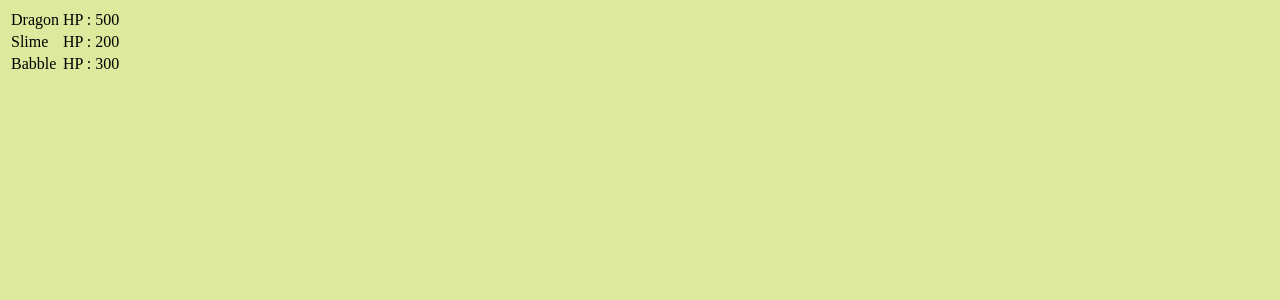
Repository: minoto9/vue_tutorial
Page: sampler/index.html
These files come from the project's save history. The page is drawn as it stood at one moment and after the next save; the edit follows.
The browser window is 1280 px wide. The pictures show the whole page.

Above is the page before, as saved 2019-07-10 20:47:35.

### sampler/index.html
<!DOCTYPE html>
<html lang="ja">
<head>
    <meta charset="UTF-8">
    <meta name="viewport" content="width=device-width, initial-scale=1.0">
    <meta http-equiv="X-UA-Compatible" content="ie=edge">
    <link rel="stylesheet" href="style.css">
    <script src="https://cdn.jsdelivr.net/npm/vue@2.6.10/dist/vue.js"></script>
    <title>Document</title>
</head>
<body>
    <div id="app">
        <table>
            <tr v-for="item in list" v-bind:key="item.id">
                <td class="monsterName">{{ item.name }}</td>
                <td>HP : {{ item.hp }}</td>
            </tr>
        </table>
    </div>
    <script src="./main.js"></script>
</body>
</html>

### sampler/style.css
html {
    background-color: rgba(177, 204, 22, 0.425)
}

li {
    list-style: none;
}

### sampler/main.js
new Vue({
    el: '#app',
    data: {
        list: [
            {id: 1, name: "Dragon", hp: 500},
            {id: 2, name: "Slime", hp: 200},
            {id: 3, name: "Babble", hp: 300}
        ]
    }
})

After the next save:
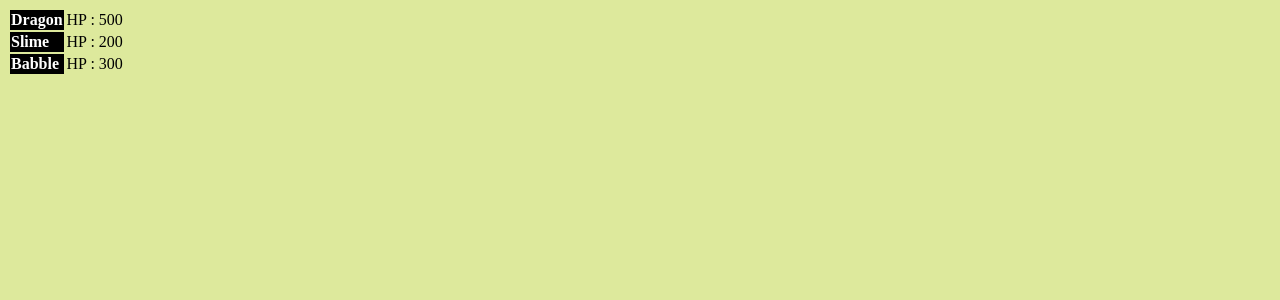
Saved 45 s later.
--- a/sampler/style.css
+++ b/sampler/style.css
@@ -5,3 +5,9 @@
 li {
     list-style: none;
 }
+
+.monsterName {
+    background-color: black;
+    color: white;
+    font-weight: bold;
+}
